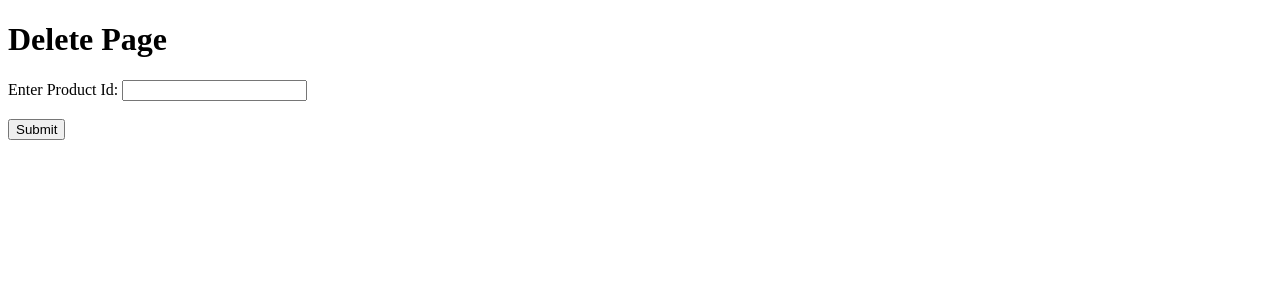
Repository: TanujaAmbre/Amazon
Page: Amazon/src/main/webapp/delete.html
These files come from the project's save history. The page is drawn as it stood at one moment and after the next save; the edit follows.
The browser window is 1280 px wide. The pictures show the whole page.

Above is the page before, as saved 2024-06-28 20:56:54.

After the next save:
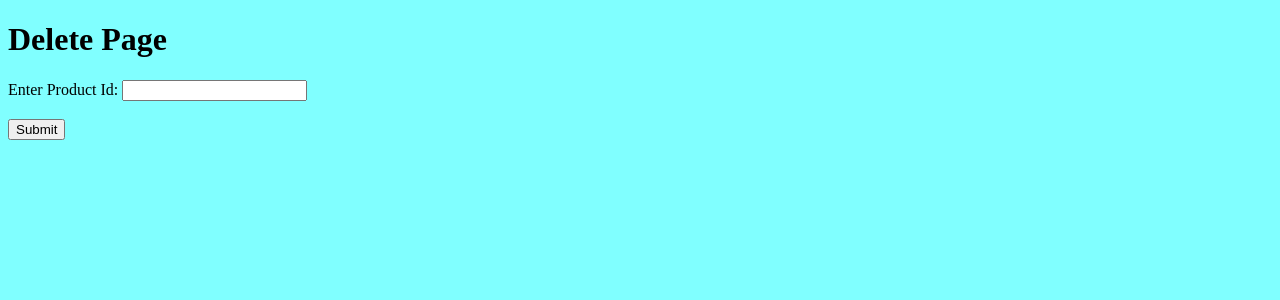
Saved 66 s later.
--- a/Amazon/src/main/webapp/delete.html
+++ b/Amazon/src/main/webapp/delete.html
@@ -3,6 +3,11 @@
 <head>
 <meta charset="UTF-8">
 <title>Insert title here</title>
+<style>
+	body{
+		background-color: rgb(128, 255, 255);
+	}
+</style>
 </head>
 <body>
 <h1> Delete Page</h1>
